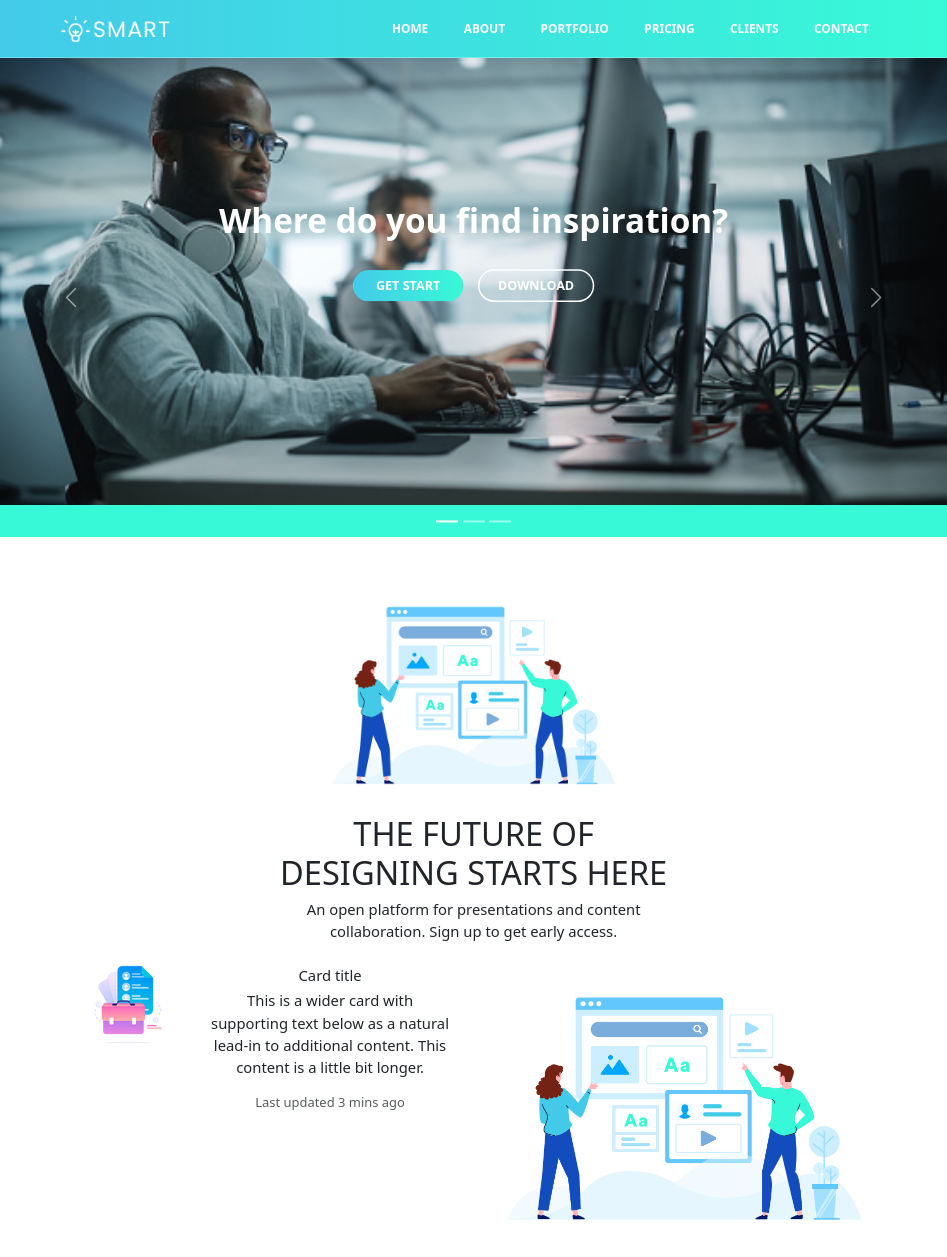
Repository: rizwan-zafar/smart-React
Page: /
An editor plug-in stored every save of this project. The page is shown before and after the next save, followed by the edit.
The browser window is 1280 px wide. The pictures show the whole page, at 74% of full size.
The project was rebuilt for these pictures with package versions that can differ from the ones it lists, and the page was loaded fresh each time.

Above is the page before, as saved 2022-11-17 10:59:06.

### public/index.html
<!DOCTYPE html>
<html lang="en">
  <head>
    <meta charset="utf-8" />
    <link rel="icon" href="%PUBLIC_URL%/favicon.ico" />
    <meta name="viewport" content="width=device-width, initial-scale=1" />
    <meta name="theme-color" content="#000000" />
    <meta
      name="description"
      content="Web site created using create-react-app"
    />
    <link rel="apple-touch-icon" href="%PUBLIC_URL%/logo192.png" />
    <!--
      manifest.json provides metadata used when your web app is installed on a
      user's mobile device or desktop. See https://developers.google.com/web/fundamentals/web-app-manifest/
    -->
    <link rel="manifest" href="%PUBLIC_URL%/manifest.json" />
    <!--
      Notice the use of %PUBLIC_URL% in the tags above.
      It will be replaced with the URL of the `public` folder during the build.
      Only files inside the `public` folder can be referenced from the HTML.

      Unlike "/favicon.ico" or "favicon.ico", "%PUBLIC_URL%/favicon.ico" will
      work correctly both with client-side routing and a non-root public URL.
      Learn how to configure a non-root public URL by running `npm run build`.
    -->
    <title>React App</title>
  </head>
  <body>
    <noscript>You need to enable JavaScript to run this app.</noscript>
    <div id="root"></div>

   </body>
</html>

### src/index.js
import React from 'react';
import './index.css';
import "../node_modules/bootstrap/dist/css/bootstrap.min.css"
import "../node_modules/bootstrap/dist/js/bootstrap.min.js"
import "./Components/FontawsomeIcons"
import ReactDOM from 'react-dom/client';
import App from './App';
const root = ReactDOM.createRoot(document.getElementById('root'));
root.render(
  <React.StrictMode>
    <App />
  </React.StrictMode>
);

// If you want to start measuring performance in your app, pass a function
// to log results (for example: reportWebVitals(console.log))
// or send to an analytics endpoint. Learn more: https://bit.ly/CRA-vitals

### src/Components/FontawsomeIcons/index.js
import {library} from "@fortawesome/fontawesome-svg-core"
import {faUser,faBars,faPlus} from "@fortawesome/free-solid-svg-icons"
library.add(faUser,faBars,faPlus)

### src/App.js
 import HomePage from "./Pages/Home"
function App() {
  return (
    <div className="App">
        <HomePage />
    </div>
  );
}

export default App;

### src/Pages/Home.js
import React from 'react'
import Navbar from "../Components/Navbar"
import Slider from "../Components/Slider"
import Service from "../Components/Service";
export default function Home() {
    return (
        <div>
            <Navbar />
            <Slider />
            <Service />
        </div>
    )
}

### src/Components/Navbar.js
import React from 'react'
import "../Css/Navbar.css"

import { FontAwesomeIcon } from "@fortawesome/react-fontawesome"
export default function Navbar() {
    const [hamburgerIcon, setHamburgerIcon] = React.useState('bars')
    const [rotateIcon, setRotateIcon] = React.useState('')
    const handleHumBurger = (hamburgerIcon) => {
        if (hamburgerIcon === 'bars') {
            setRotateIcon('icon-rotate')
            setHamburgerIcon('plus')
        } else {
            setRotateIcon('anti-icon-rotate')
            setHamburgerIcon("bars")
        }
    }
     return (
        <div className="NavContainer">
            <nav className="navbar navbar-expand-lg navbar-dark">
                <div className="container">
                    <a className="navbar-brand" href="/">
                        <img className="img-fluid" src="Images/logo.png" alt="not found" />
                    </a>
                    <div className="navbar-toggler" type="button" data-bs-toggle="collapse"   onClick={() => { handleHumBurger(hamburgerIcon) }} data-bs-target="#navbarNav" aria-controls="navbarNav" aria-expanded="false" aria-label="Toggle navigation">
                        <FontAwesomeIcon  className={rotateIcon} icon={hamburgerIcon}  />
                    </div>
                    <div className="collapse navbar-collapse navSetting" id="navbarNav">
                        <ul className="navbar-nav ms-auto">
                            <li className="nav-item">
                                <a className="nav-link active" aria-current="page" href="/">Home</a>
                            </li>
                            <li className="nav-item">
                                <a className="nav-link" href="/">ABOUT</a>
                            </li>
                            <li className="nav-item">
                                <a className="nav-link" href="/">PORTFOLIO</a>
                            </li>

                            <li className="nav-item">
                                <a className="nav-link" href="/">PRICING</a>
                            </li>

                            <li className="nav-item">
                                <a className="nav-link" href="/">CLIENTS</a>
                            </li>

                            <li className="nav-item">
                                <a className="nav-link" href="/">CONTACT</a>
                            </li>

                        </ul>
                    </div>
                </div>
            </nav>
        </div>
    )
}

### src/Components/Slider.js
import React from 'react'
import "../Css/Slider.css"

export default function Slider() {
    return (
        <div className="sliderContainer">
            <div id="carouselExampleCaptions" className="carousel slide" data-bs-ride="false">

                <div className="carousel-indicators">
                    <button type="button" data-bs-target="#carouselExampleCaptions" data-bs-slide-to="0" className="active" aria-current="true" aria-label="Slide 1"></button>
                    <button type="button" data-bs-target="#carouselExampleCaptions" data-bs-slide-to="1" aria-label="Slide 2"></button>
                    <button type="button" data-bs-target="#carouselExampleCaptions" data-bs-slide-to="2" aria-label="Slide 3"></button>
                </div>

                <div className="carousel-inner">
                    <div className="carousel-item active bg-cover slide-image1">
                        <div className="carousel-caption">
                            <p> If not now, then when?</p>
                            <div>
                                <button className="btn btn1">Get Start</button>
                                <button className="btn btn2">Download</button>
                            </div>
                        </div>
                    </div>
                    <div className="carousel-item active bg-cover slide-image2">
                        <div className="carousel-caption">
                            <p>What does your joy look like today?</p>
                            <div>
                                <button className="btn btn1">Get Start</button>
                                <button className="btn btn2">Download</button>
                            </div>
                        </div>
                    </div>
                    <div className="carousel-item active bg-cover slide-image3">
                        <div className="carousel-caption">
                            <p>Where do you find inspiration?</p>
                            <div>
                                <button className="btn btn1">Get Start</button>
                                <button className="btn btn2">Download</button>
                            </div>
                        </div>
                    </div>
                </div>
                <button className="carousel-control-prev" type="button" data-bs-target="#carouselExampleCaptions" data-bs-slide="prev">
                    <span className="carousel-control-prev-icon" aria-hidden="true"></span>
                    <span className="visually-hidden">Previous</span>
                </button>
                <button className="carousel-control-next" type="button" data-bs-target="#carouselExampleCaptions" data-bs-slide="next">
                    <span className="carousel-control-next-icon" aria-hidden="true"></span>
                    <span className="visually-hidden">Next</span>
                </button>
            </div>
        </div>
    )
}

### src/Components/Service.js
import React from 'react'
import "../Css/Services.css"
export default function Service() {
    return (
        <div className="services">
            <br /><br />
            <div className="text-center">
                <img class="custom-image" src="/Images/services.png" alt="Services" />
                <div className='container custom-container'>
                    <h4>The future of designing starts here</h4>
                    <p>An open platform for presentations and content collaboration. Sign up to get early access.</p>
                </div>
            </div>
            {/* style={{max-width: 540px;}} */}
            <div className="container text-center">
                <div className="row">
                    <div className="col-xs-12 col-sm-12 col-md-6 col-lg-6 col-xl-6 ">
                        <div class="card mb-3" >
                            <div className="row g-0">
                                <div className="col-md-4">
                                    <img src="/Images/icon-1.png" className="img-fluid rounded-start" alt="..." />
                                </div>
                                <div className="col-md-8">
                                    <div className="card-body">
                                        <h5 className="card-title">Card title</h5>
                                        <p className="card-text">This is a wider card with supporting text below as a natural lead-in to additional content. This content is a little bit longer.</p>
                                        <p className="card-text"><small className="text-muted">Last updated 3 mins ago</small></p>
                                    </div>
                                </div>
                            </div>
                        </div>

                    </div>

                    <div className="col-xs-12 col-sm-12 col-md-6 col-lg-6 col-xl-6 ">
                        <img class="img-fluid" src="/Images/services.png" alt="Services" />

                    </div>

                </div>
            </div>

        </div>
    )
}

### src/Css/Navbar.css

.NavContainer  .navbar-toggler
{
    color:black;
    border:none;
}
.NavContainer .navbar-brand img{
    max-width: 150px;
}
.NavContainer .navbar-dark
{
    background: linear-gradient(to right,#43cae9, #38f9d7 100%)
}

.NavContainer .navbar-nav li{
   padding: 11px 16px;
 }
.NavContainer .navbar-nav li a{
color:#fff;
font-weight: 700;
text-transform: uppercase;
font-size: 16px;
}



@media (min-width: 1200px)
{
.NavContainer .container {
    max-width: 1140px;
}
}


@media (max-width: 991px)
 {
    .NavContainer .navSetting
    {
        position: absolute;
        top: 100%;
        left: 0;
        width: 100%;
        background: linear-gradient(to right,#43cae9, #38f9d7 100%);
        z-index: 8;
        padding: 10px 16px;
        -webkit-box-shadow: 0 3px 6px 0 rgb(0 0 0 / 16%);
        -moz-box-shadow: 0 3px 6px 0 rgba(0, 0, 0, 0.16);
        box-shadow: 0 3px 6px 0 rgb(0 0 0 / 16%);
    }
 }

 .NavContainer .icon-rotate {
   transform:rotate(90deg);
    transition: 0.5s;

  }
 .NavContainer .anti-icon-rotate {
   transform:rotate(-0deg);
    transition: 0.5s;

  }

### src/Css/Slider.css
.sliderContainer .carousel-inner .bg-cover{
     height: 90vh;
     background-size: cover;
     background-repeat: no-repeat;
     background-position: center center;
}
.sliderContainer .slide-image1{
    background-image: url("/public/Images/slider-1.jpg");
}
.sliderContainer .slide-image2{
    background-image: url("/public/Images/slider-2.jpg");
}
.sliderContainer .slide-image3{
    background-image: url("/public/Images/slider-3.jpg");
}

.sliderContainer .carousel-caption
{

    position: absolute;
    right: 15%;
    bottom: 1.25rem;
    left: 15%;
    padding-top: 1.25rem;
    padding-bottom: 1.25rem;
    color: #fff;
    text-align: center;
    font-size: 45px;
    font-weight: bold;
    top: 23vh;

}
.sliderContainer .btn1{

    margin: 10px;
    background: linear-gradient(to right,#43cae9, #38f9d7 100%);
    padding: 7px 30px 7px 30px;
    font-weight: bold;
    color: white;
    font-size: 17px;
    border-radius: 29px;
    text-transform: uppercase;

}

.sliderContainer .btn2{
    margin: 10px;
    background:  transparent;
    padding: 7px 25px 7px 25px;
    font-weight: bold;
    color: white;
    font-size: 17px;
    border-radius: 29px;
    border: 2px solid white;
    text-transform: uppercase;

}
.sliderContainer .carousel-indicators{
    margin-right: 0;
    margin-left: 0;
    margin-bottom: 0;
    background: #38f9d7;
    padding: 10px;
}
@media (max-width: 991px)
 {
    .sliderContainer .carousel-inner .bg-cover
    {
        height: 350px;
    }

   .sliderContainer .carousel-caption
   {
       font-size: 25px ;
       top: 11vh;
       font-weight: bolder;
   }

   .sliderContainer .btn
   {
    font-size: 15px;
    }
   .sliderContainer .btn
   {
    font-size: 15px;
    }

    .sliderContainer .carousel-indicators{
        margin-right: 0;
        margin-left: 0;
        margin-bottom: 0;
        background: transparent;

    }
 }

### src/Css/Services.css
.services h4{
    font-size: 44px;
    text-transform: uppercase;

}
.services p{
    font-size: 20px;
}
.services .custom-image
{
max-width: 34%;
height: auto;
}
.services .custom-container
{
    max-width: 600px;
}
.services .card{
    border: none;
}
@media (max-width: 991px)
 {
    .services .custom-image
    {
    max-width: 100%;
    height: auto;
    }
    .services h4{
        font-size: 25px;
       text-transform: uppercase;
    }
    .services p{
        font-size: 16px;
     }
 }

Loaded but not shown: src/index.css (common file)

After the next save:
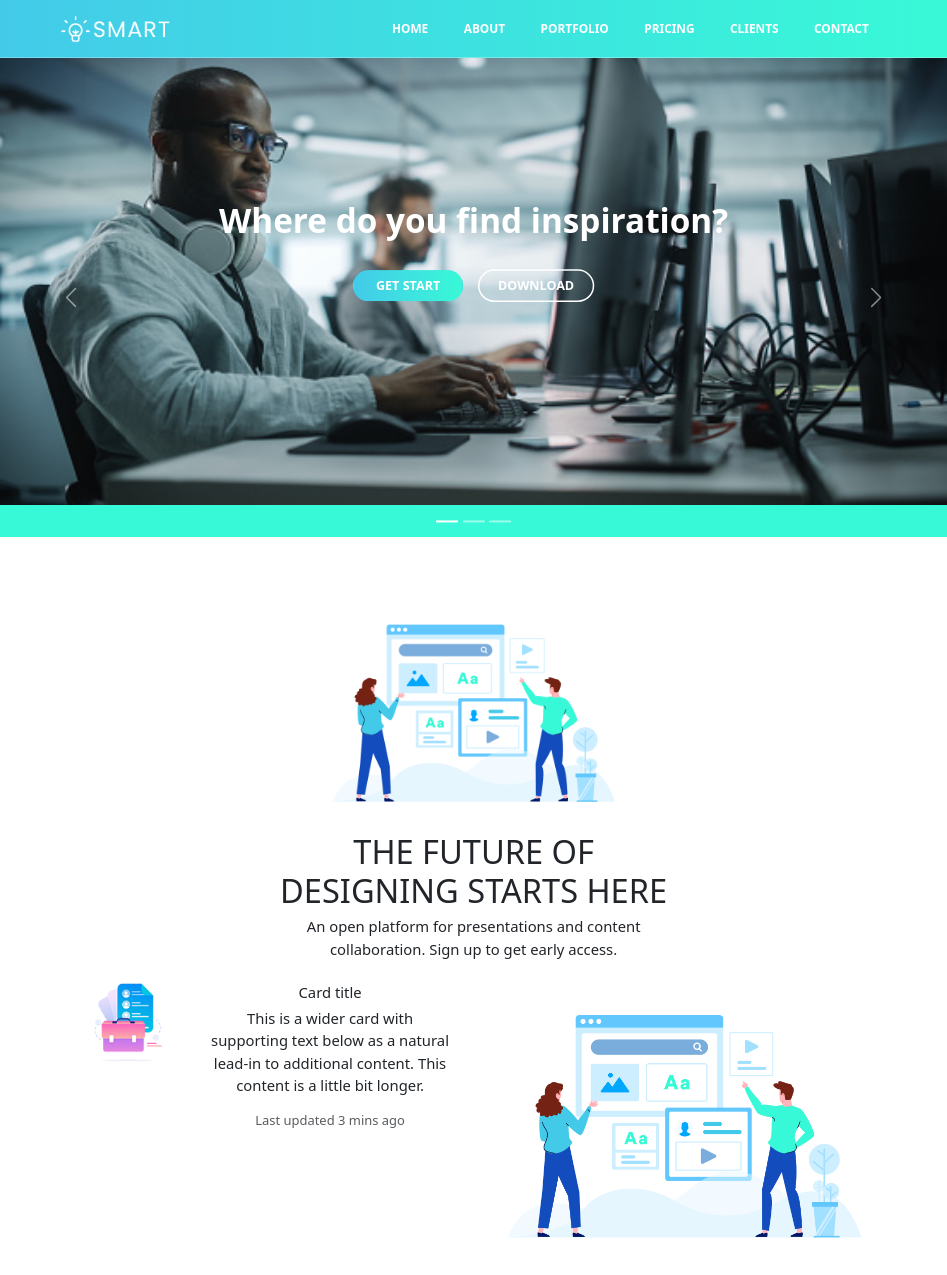
Saved 19 s later.
--- a/src/Components/Service.js
+++ b/src/Components/Service.js
@@ -3,7 +3,7 @@ import "../Css/Services.css"
 export default function Service() {
     return (
         <div className="services">
-            <br /><br />
+            <br /><br /><br />
             <div className="text-center">
                 <img class="custom-image" src="/Images/services.png" alt="Services" />
                 <div className='container custom-container'>
